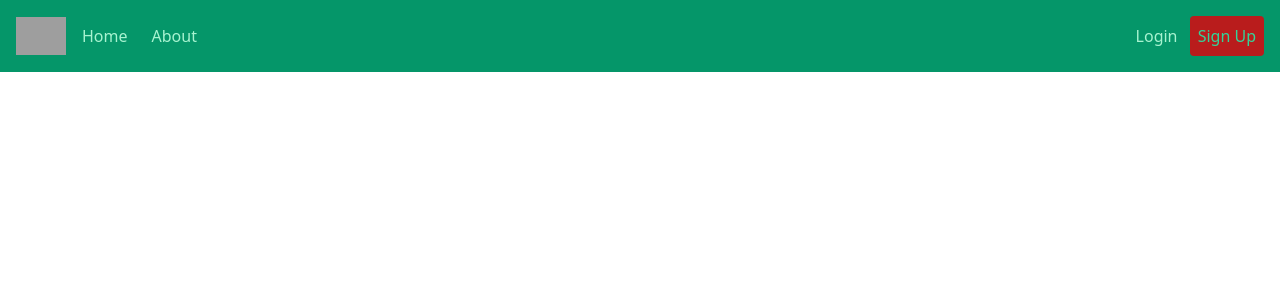
Repository: DaNiels89/tailwind-stawberries
Page: index.html
The author's editor kept a copy of each file at every save. The page is drawn from the files as they stood at one save, then again after the next save.
The browser window is 1280 px wide. The pictures show the whole page.
Pictures or frames that could not be fetched are drawn as grey boxes.

Above is the page before, as saved 2020-08-24 13:29:07.

### index.html
<!DOCTYPE html>
<html lang="en">
  <head>
    <meta charset="UTF-8" />
    <meta name="viewport" content="width=device-width, initial-scale=1.0" />
    <title>Website with Tailwind</title>
    <link
      href="https://unpkg.com/tailwindcss@^1.0/dist/tailwind.min.css"
      rel="stylesheet"
    />
  </head>
  <body>
    <header class="bg-green-600 p-4">
      <nav class="flex justify-between items-center">
        <div class="flex items-center">
          <img
            src="img/strawberry.png"
            alt="Mountain logo"
            class="mr-2"
            width="50"
          />
          <a
            href="#"
            class="inline-block p-2 text-green-200 hover:text-green-100 mr-2"
            >Home</a
          >
          <a
            href="#"
            class="inline-block p-2 text-green-200 hover:text-green-100"
            >About</a
          >
        </div>
        <div class="">
          <a href="#" class="inline-block p-2 text-green-200">Login</a>
          <a
            href="#"
            class="inline-block p-2 text-green-400 bg-red-700 rounded hover:text-green-600 hover:bg-green-900"
            >Sign Up</a
          >
        </div>
      </nav>
    </header>
    <main class=""></main>
    <footer class=""></footer>
  </body>
</html>

After the next save:
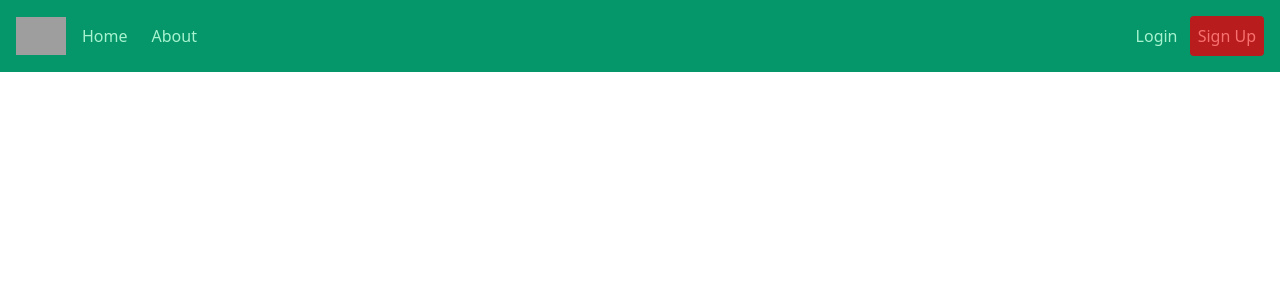
Saved 4 s later.
--- a/index.html
+++ b/index.html
@@ -34,7 +34,7 @@
           <a href="#" class="inline-block p-2 text-green-200">Login</a>
           <a
             href="#"
-            class="inline-block p-2 text-green-400 bg-red-700 rounded hover:text-green-600 hover:bg-green-900"
+            class="inline-block p-2 text-red-400 bg-red-700 rounded hover:text-green-600 hover:bg-green-900"
             >Sign Up</a
           >
         </div>
